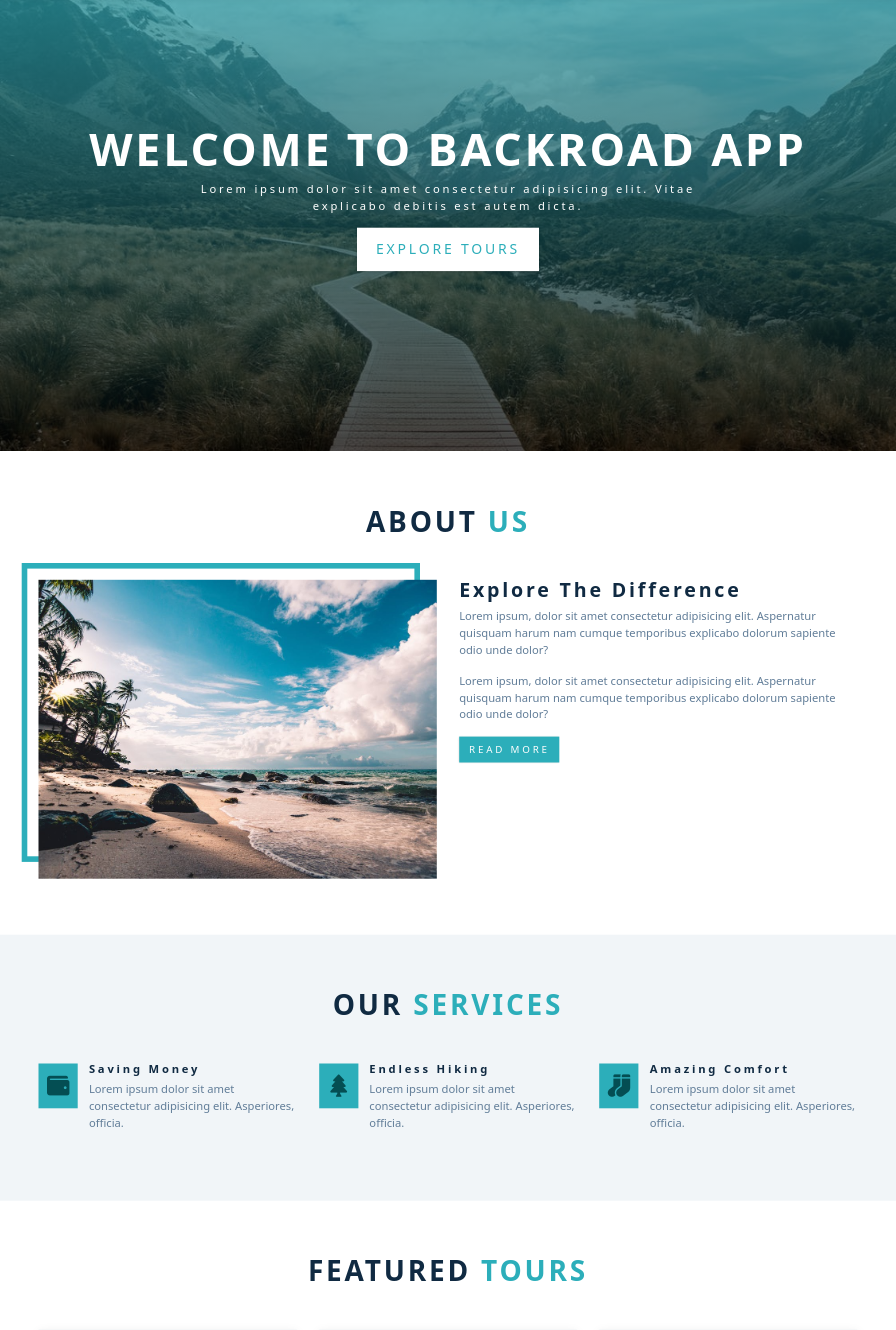
Repository: shivyank121/backRoad-app
Page: /
An editor plug-in stored every save of this project. The page is shown before and after a run of saves, followed by the edit.
The browser window is 1280 px wide. The pictures show the part of the page from y = 75 to 1975 px (the page is 3359 px tall), at 70% of full size.
Pictures or frames that could not be fetched are drawn as grey boxes. Some web libraries are served in a nearby version. The project was rebuilt for these pictures with package versions that can differ from the ones it lists, and the page was loaded fresh each time.

Above is the page before, as saved 2023-08-21 01:16:41.

After the next 2 saves:
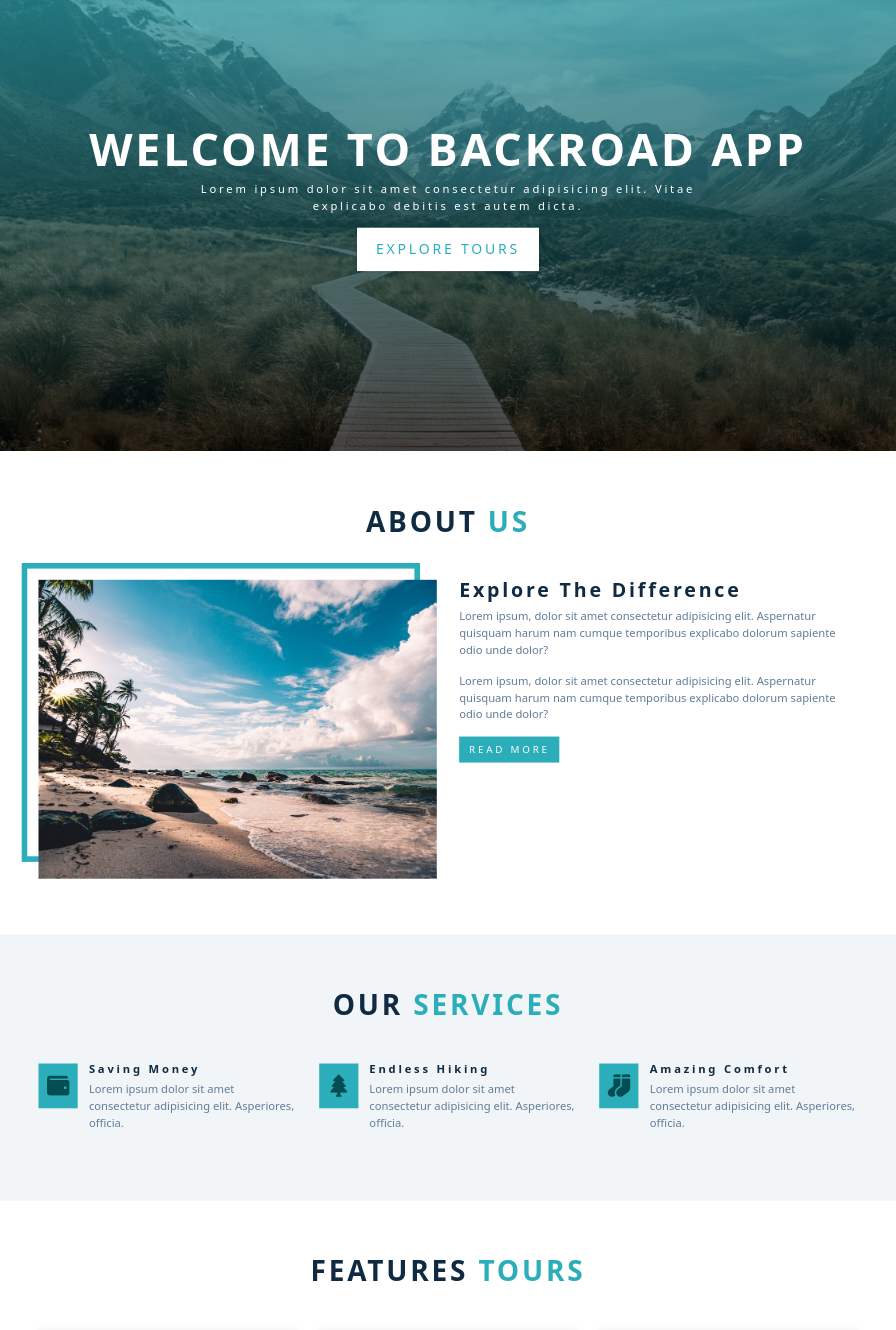
The 2 saves are shown as one change because 1 did not build or start.
The last was saved 33 s later.
--- a/src/components/Tours.js
+++ b/src/components/Tours.js
@@ -1,10 +1,11 @@
 import React from 'react'
+import Title from './Title'
 
 export const Tours = () => {
   return (
     <section className="section" id="tours">
     <div className="section-title">
-      <h2>featured <span>tours</span></h2>
+    <Title title='Features' subtitle='tours' />
     </div>
 
     <div className="section-center featured-center">
